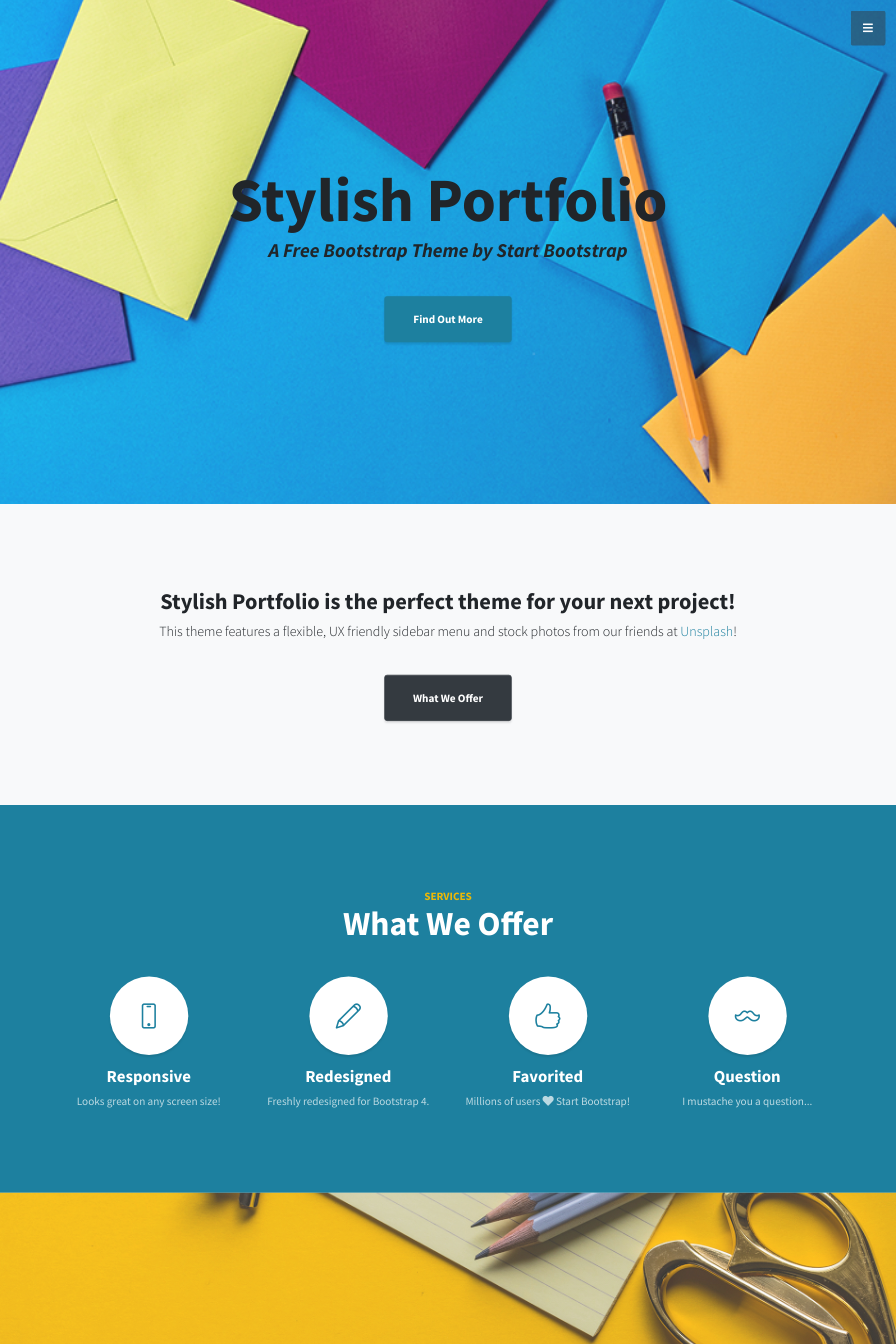
Repository: kim-bohyun/kim-bohyun.github.io
Page: templates/index.html
The author's editor kept a record of every edit. The page is drawn from the files as they stood at one moment, then again after the next edit.
The browser window is 1280 px wide. The pictures show the part of the page from y = 0 to 1920 px (the page is 4677 px tall), at 70% of full size.

Above is the page before.

After the next edit:
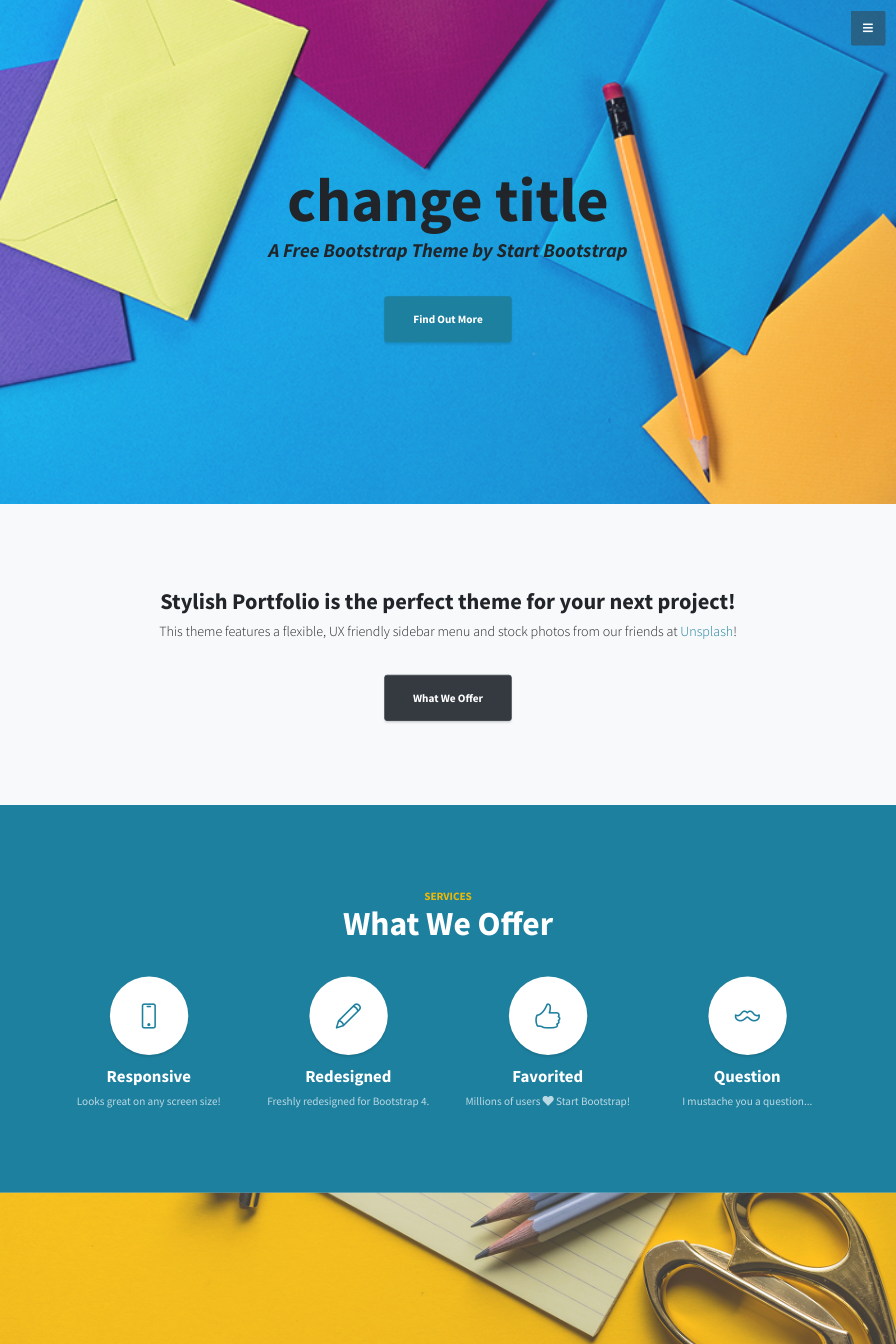
The edit:
--- a/templates/index.html
+++ b/templates/index.html
@@ -55,7 +55,7 @@
   <!-- Header -->
   <header class="masthead d-flex">
     <div class="container text-center my-auto">
-      <h1 class="mb-1">Stylish Portfolio</h1>
+      <h1 class="mb-1">change title</h1>
       <h3 class="mb-5">
         <em>A Free Bootstrap Theme by Start Bootstrap</em>
       </h3>
